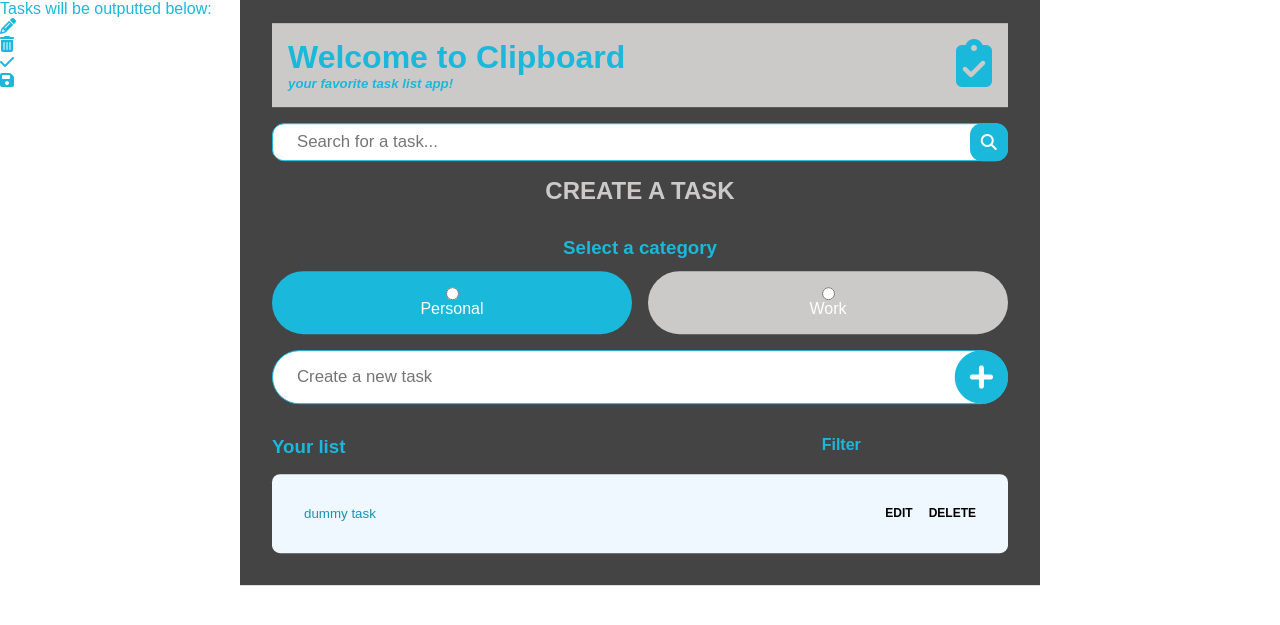
Repository: WesleyErasmus/Todo-App
Page: todoApp.html
These files come from the project's save history. The page is drawn as it stood at one moment and after the next save; the edit follows.
The browser window is 1280 px wide. The pictures show the whole page.
Some web libraries are served in a nearby version.

Above is the page before, as saved 2022-06-04 21:49:11.

### todoApp.html
<!DOCTYPE html>
<html lang="en">
<head>
    <meta charset="UTF-8">
    <meta http-equiv="X-UA-Compatible" content="IE=edge">
    <meta name="viewport" content="width=device-width, initial-scale=1.0">
    <title>Todo App</title>
    <script src="https://kit.fontawesome.com/81ea498f91.js" crossorigin="anonymous"></script>
    <link rel="stylesheet" href="/source/css/todoApp.css">
    <script src="/source/script/todoApp.js" defer></script>
</head>
<body>
    <!-- App wrapper -->
    <main class="app-wrapper">
        <!-- App header -->
        <header>
            <div>
            <h1>Welcome to Clipboard</h1>
            <h5><em>your favorite task list app!</em></h5>
            </div>
            <div id="jumbotron-logo"><i class="fa-solid fa-clipboard-check fa-3x"></i></div>
        </header>

        <div id="sub-header">
        <form id="search-bar">
        <input type="text"
        id="search-bar"
        placeholder="Search for a task...">
        <button type="submit"><i class="fa fa-search"
        id="search-submit-btn"></i></button>
        </form>

        <h2 id="create-task-heading">CREATE A TASK</h2>

        </div>

        <!-- Categories section -->
        <section>
        <form id="todo-list-form">
            <h3 class="category-heading">Select a category</h3>
            <div class="category-selectors">
                <!-- Personal category (make to assign as default, unless user selects work category) -->
                <label id="personal-label-btn">
                    <input type="radio" name="category" value="Personal" id="personal-category" />
                    <div>Personal</div>
                </label>
                <!-- Work category -->
                <label id="work-label-btn">
                    <input type="radio" name="category" value="Work" id="work-category" />
                    <div>Work</div>
                </label>
            </div> <!-- End of radio categories div -->
            <div class="create-submit">
            <input type="text" name="create-task" id="create-task" placeholder="Create a new task" />
            <button id="task-submit-btn" type="submit" value="create-new-task">
                <i class="fa-solid fa-circle-plus fa-4x"></i>
            </button>
        </div>
        </form>
        </section>

        <!-- Task list is created here, new tasks are outputted below -->
        <section class="todo-list-output">
            <div id="list-header">
            <h3>Your list</h3>
            <div><strong>Filter</strong></div>
            </div>
            <!-- Actual task list output -->
            <div class="tasks" id="tasks">

                <div class="dummy-task">

                    <div class="task-name">
                        <input type="text"
                        class="text"
                        value="dummy task"
                        readonly>
                        <div class="edit-delete">
                            <button class="edit">Edit</button>
                            <button class="delete">Delete</button>
                        </div>
                    </div>
                </div>

            </div>

        </section>

    </main> <!-- End of App wrapper -->


    <li>Tasks will be outputted below:</li>
                <li><i class="fa-solid fa-pencil"></i></li>
                <li><i class="fa fa-trash" aria-hidden="true"></i></li>
                <li><i class="fa-solid fa-check"></i></li>
                <li><i class="fa-solid fa-floppy-disk"></i></li>

</body>
</html>

### source/css/todoApp.css
/* CSS Variables */
:root {
    --background-color: #fff;
    --primary: #1AB8DB;
    --secondary: #1593AF;
    --delete: #E50000;
    --grey: #ccc9c9;
    --dark-grey: #444444;

    --shadows: 0 1px 3px rgba(0,0,0,0.12);

    /* add linear gradients */
}

/* Universal selector styling */
* {
    box-sizing: border-box;
    margin: 0;
    padding: 0;
    font-family: sans-serif;
    list-style: none;
}

/* Below will remove input and checkbox default styling */
input:not([type="radio"]):not([type="checkbox"]), button {
	appearance: none;
	border: none;
	outline: none;
	background: none;
	cursor: initial;
}

button {
	appearance: none;
	border: none;
	outline: none;
	background: none;
	cursor: initial;
}

body {
    background-color: var(--background-color);
    color: var(--primary);
}

main {
    padding-top: 2rem;
    background-color: var(--dark-grey);
    padding-left: 2rem;
    padding-right: 2rem;
    flex: 1 1 0%;
    align-items: center;
    justify-content: center;
    max-width: 800px;
    width: 100%;
    position: absolute;
    top: 40%;
    left: 50%;
    margin-right: -50%;
    transform: translate(-50%, -50%)
}

section {
    margin-top: 2rem;
    margin-bottom: 2rem;
}

header {
    display: flex;
    justify-content: space-between;
    padding: 1rem;
    background-color: var(--grey);
}

#search-bar {
    display: flex;
    position: relative;
    justify-content: center;
    align-items: center;
}

#search-bar input{
	display: block;
	width: 100%;
	font-size: 1.05rem;
	padding: 0.50rem 1.5rem;
    padding-right: 0rem;
	color: var(--dark-grey);
	background-color: var(--background-color);
    border: 0.1px solid var(--primary);
    border-radius: 0.75rem;
}

#search-submit-btn {
    position: absolute;
    display: block;
    right: 0rem;
    top: 0;
    background-color: var(--primary);
    /* border-radius: 50%; */
    border-top-left-radius: 0.75rem;
    border-bottom-left-radius: 0.75rem;
    border-top-right-radius: 0.75rem;
    border-bottom-right-radius: 0.75rem;
    padding: 0.7rem;
    color: #fff;
    /* border: none; */
    /* color: var(--primary); */
}

/* Font-awesome search icon styling */
.fa-search {
    font-size: 1rem;
    color: var(--primary);
}

#sub-header {
    margin-top: 1rem;
    text-align: center;
    align-items: center;
}

#create-task {
	display: block;
	width: 100%;
	font-size: 1.05rem;
	padding: 0.99rem 1.5rem;
    padding-right: 0rem;
	color: var(--dark-grey);
	background-color: var(--background-color);
    border: 0.1px solid var(--primary);
    border-radius: 9999px;
}

#task-submit-btn{
    position: absolute;
    display: block;
    right: 0rem;
    bottom: -0.5px;
    border: none;
    background-color: transparent;
    color: var(--primary);
}

/* add gradient color to fa-logo */

#create-task-heading {
    color: var(--grey);
    margin-top: 1rem;
}

.category-heading {
    text-align: center;
    margin-bottom: 0.75rem;
}

.category-selectors {
    display: grid;
    grid-template-columns: repeat(2, 1fr);
    grid-gap: 1rem;
    margin-bottom: 1rem;
}

.category-selectors label{
    display: flex;
    flex-direction: column;
    justify-content: center;
    align-items: center;
    background-color: var(--primary);
    padding: 1rem 2rem;
    border-radius: 999999px;
    color: #fff;
    /* margin-bottom: 1rem; */
}

/* change the below id to #work-category-btn */
#work-label-btn {
background-color: var(--grey);
}

.create-submit {
    position: relative;
    display: flex;
    justify-content: center;
    align-items: center;
    text-align: center;
    margin-top: 0.5rem;
}

.create-task {
    text-align: center;
}

#list-header {
width: 80%;
display: flex;
justify-content: space-between;
margin-bottom: 1rem;
}

#tasks .task-name {
    display: flex;
    justify-content: space-between;
    background-color: aliceblue;
    padding: 2rem;
    border-radius: 0.5rem;
    margin-bottom: 1rem;
}

.dummy-task .task-name {
    flex: 1 1 0%;
}

.dummy-task .task-name .text {
    color: #1593AF;
    width: 100%;
    display: block;
    transition: 0.4s;
}

.dummy-task .edit-delete {
    display: flex;
    margin: 0 -0.5rem;

}

.dummy-task .edit-delete button {
    cursor: pointer;
    margin: 0 0.5rem;
    font-size: 0.75rem;
    font-weight: 700;
    text-transform: uppercase;
    transition: 0.4s;
}

Loaded but not shown: source/script/todoApp.js (no copy from this time; the picture is the same without it)

After the next save:
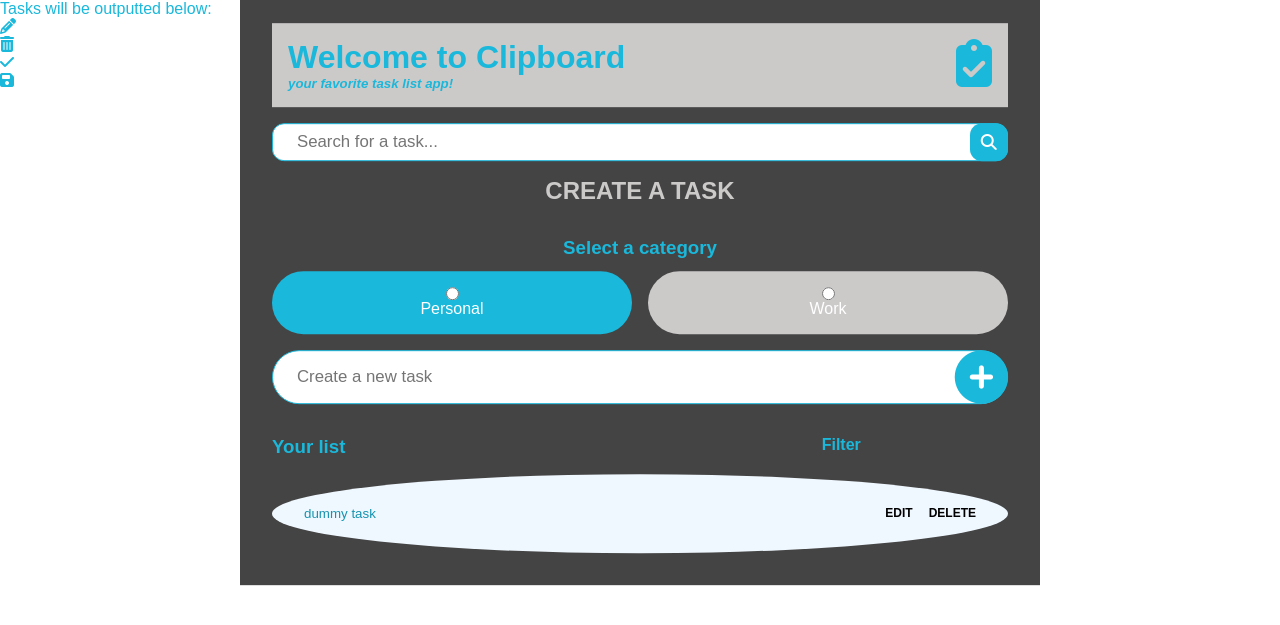
Saved 16 s later.
--- a/source/css/todoApp.css
+++ b/source/css/todoApp.css
@@ -203,7 +203,8 @@ margin-bottom: 1rem;
     justify-content: space-between;
     background-color: aliceblue;
     padding: 2rem;
-    border-radius: 0.5rem;
+    /* border-radius: 0.5rem; */
+    border-radius: 50%;
     margin-bottom: 1rem;
 }
 

After the 2 saves that followed:
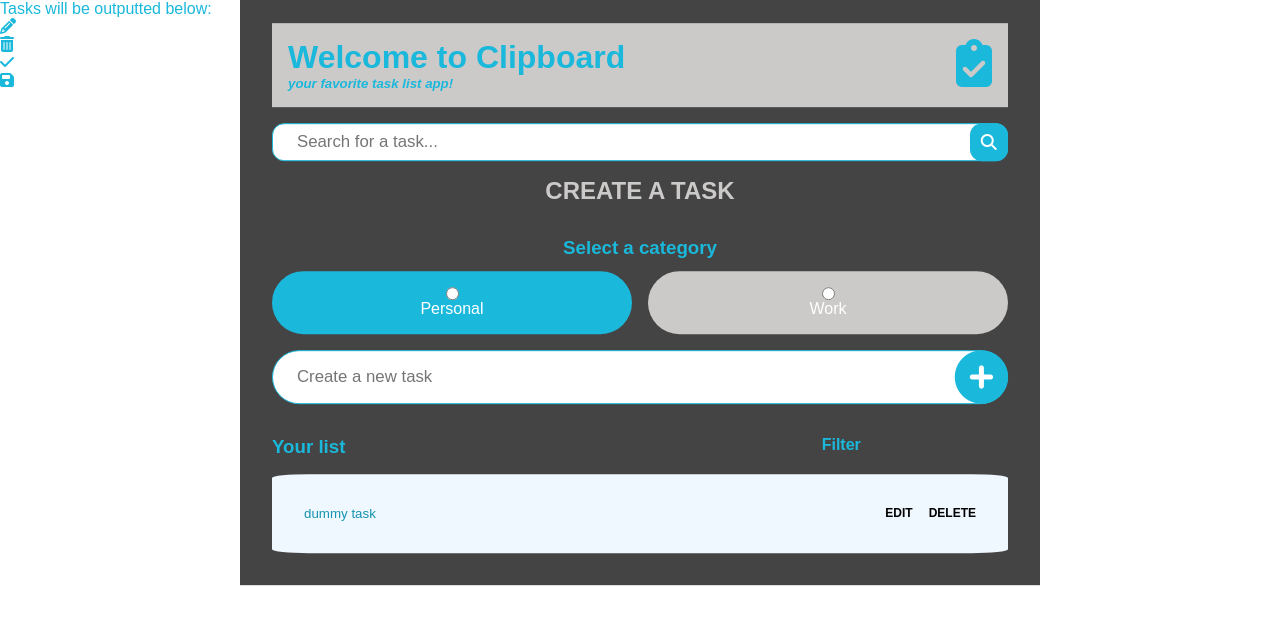
The 2 saves are shown as one change because they came seconds apart.
The last was saved 8 s later.
--- a/source/css/todoApp.css
+++ b/source/css/todoApp.css
@@ -204,7 +204,7 @@ margin-bottom: 1rem;
     background-color: aliceblue;
     padding: 2rem;
     /* border-radius: 0.5rem; */
-    border-radius: 50%;
+    border-radius: 5%;
     margin-bottom: 1rem;
 }
 
